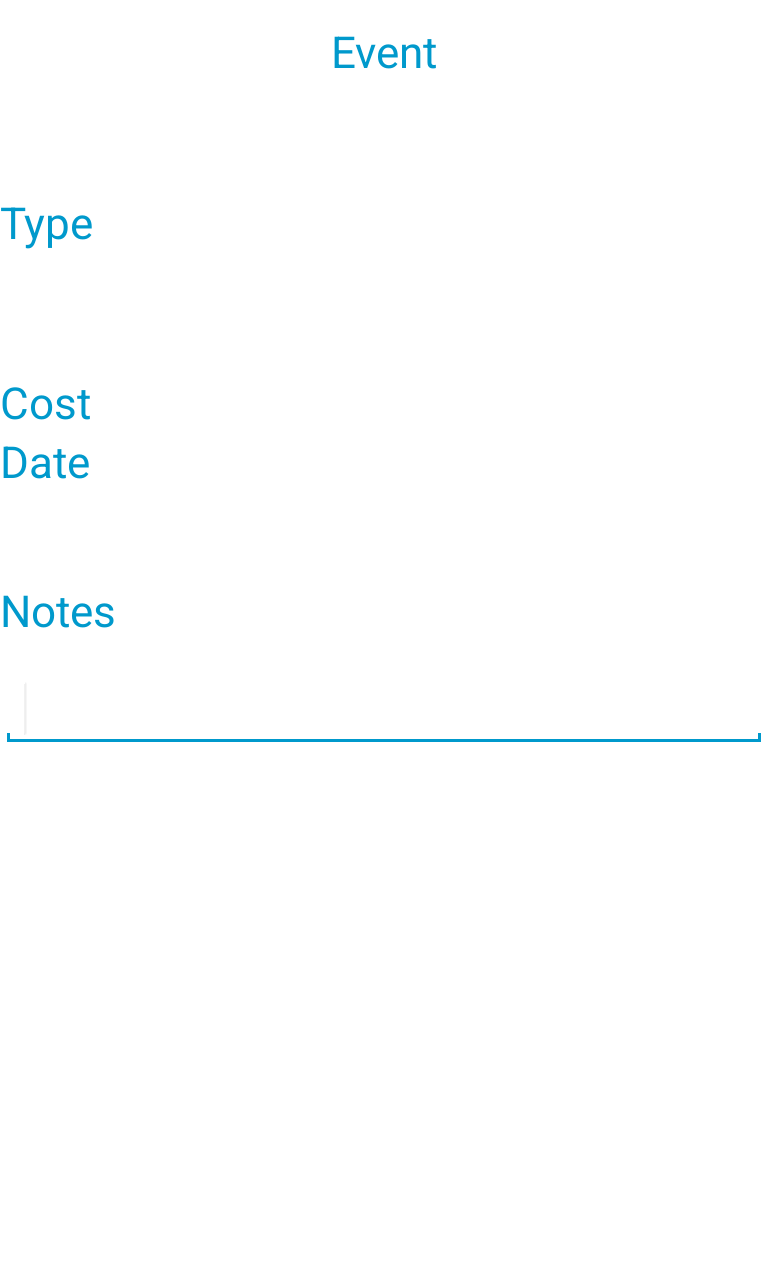
Repository: jpdias/timeinmoney
Layout: TimeInMoney/res/layout/activity_single.xml
An editor plug-in stored every save of this project. The layout is shown before and after the next save, followed by the edit.
It is drawn on a 768 x 1280 px phone screen (xhdpi) without system bars, with theme AppTheme; the app's code is not run.

Above is the layout before, as saved 2013-06-23 13:26:41.

After the next save:
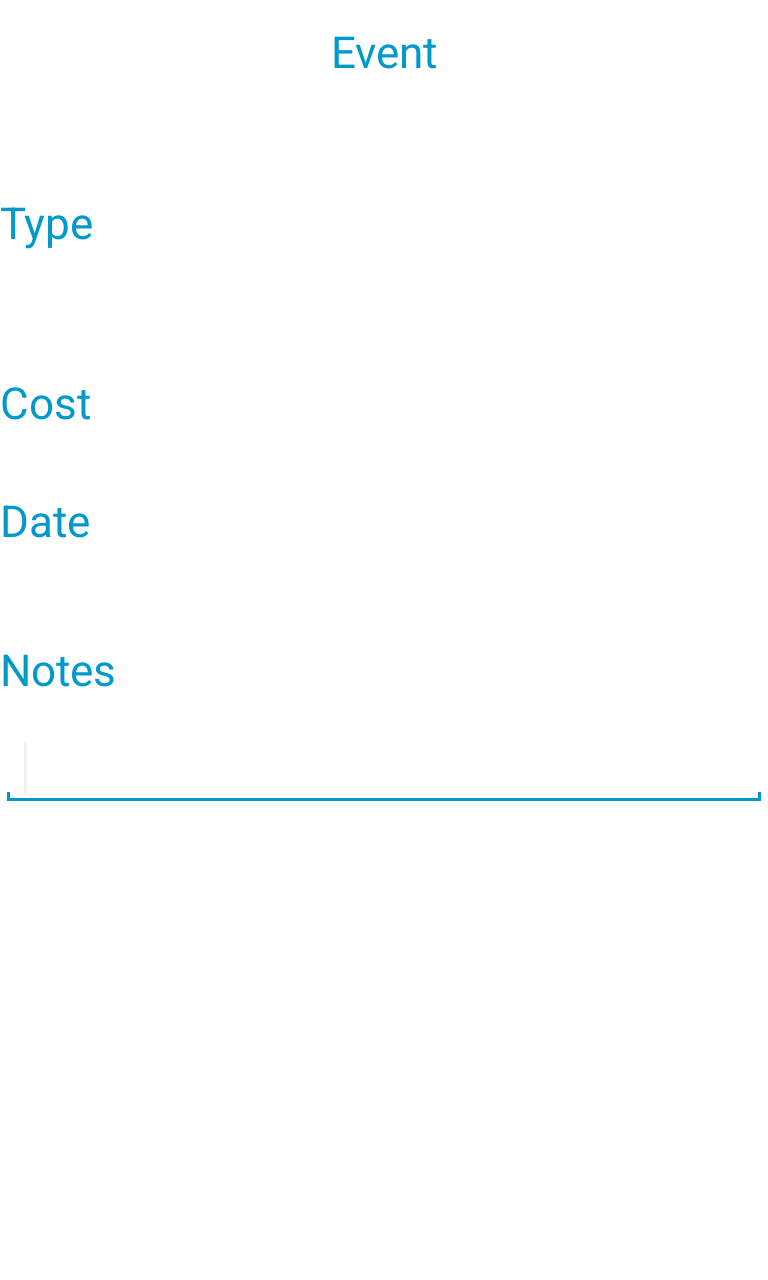
Saved 4 min 33 s later.
--- a/TimeInMoney/res/layout/activity_single.xml
+++ b/TimeInMoney/res/layout/activity_single.xml
@@ -44,10 +44,18 @@
          />
 
     <TextView
+        android:id="@+id/Cost_Field"
+        android:layout_width="wrap_content"
+        android:layout_height="wrap_content"
+        android:text="Cost"
+        android:textAppearance="?android:attr/textAppearanceLarge"
+        android:textColor="#0099CC" />
+
+    <TextView
         android:id="@+id/Cost_Label"
         android:layout_width="wrap_content"
         android:layout_height="wrap_content"
-        android:text="Cost"
+
         android:textAppearance="?android:attr/textAppearanceLarge"
         android:textColor="#0099CC" />
 
